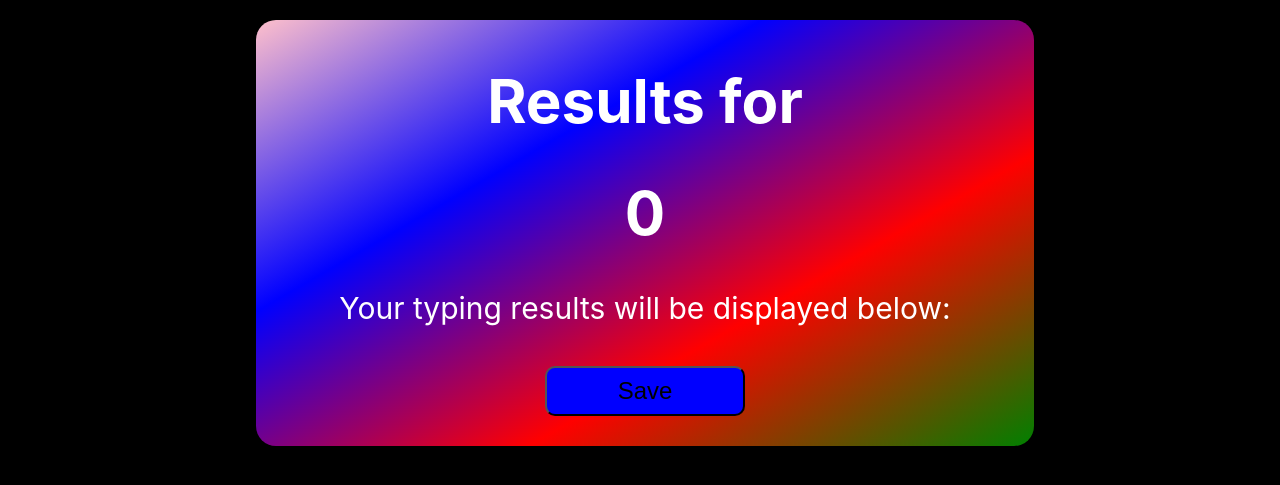
Repository: abhaysharma20233009/swiftKey
Page: /results (app in frontend/my-app/)
The author's editor kept a copy of each file at every save. The page is drawn from the files as they stood at one save, then again after the next save.
The browser window is 1280 px wide. The pictures show the whole page.
The page's requests for data from a server got no answer. The project was rebuilt for these pictures with package versions that can differ from the ones it lists, and the page was loaded fresh each time. No one was signed in, and anything a server would have sent is missing. Also part of the build but not shown: frontend/my-app/src/Swifts.js, frontend/my-app/src/Login.js.

Above is the page before, as saved 2024-10-10 20:42:03.

After the next save:
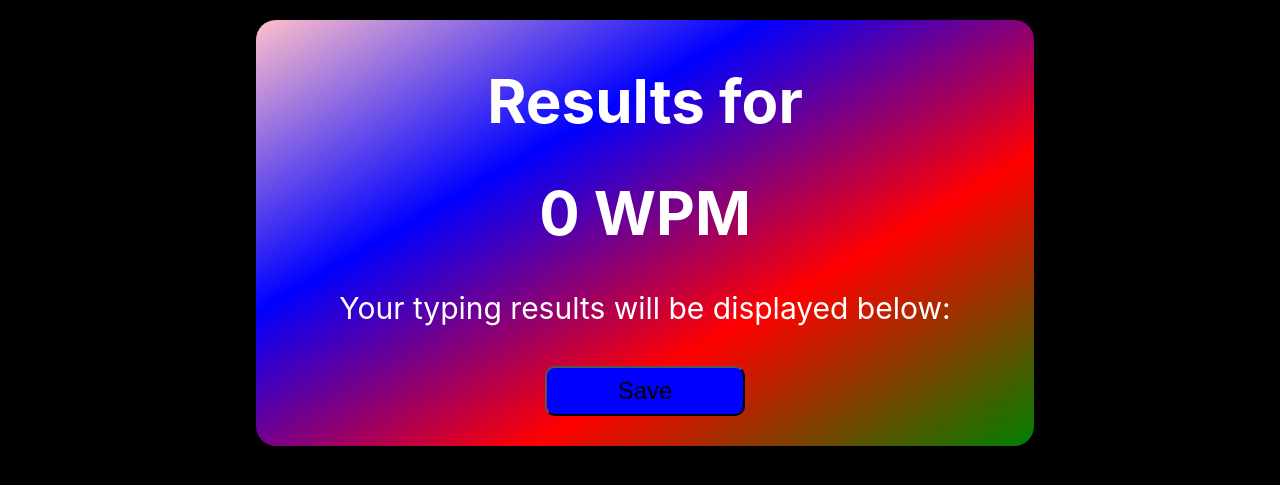
Saved 3 min 9 s later.
--- a/frontend/my-app/src/Results.js
+++ b/frontend/my-app/src/Results.js
@@ -58,9 +58,9 @@ function Results() {
     }, []);
 
     return (
-        <div className="form"style={{ textAlign: 'center', marginTop: '20px' }}>
+        <div className="form" style={{ textAlign: 'center', marginTop: '20px' }}>
             <h1>Results for {username}</h1> {/* Display username here */}
-            <h1>{wordTyped}</h1>
+            <h1>{wordTyped} WPM</h1>
             <p>Your typing results will be displayed below:</p>
             <ul>
                 {info.map((msg) => (
